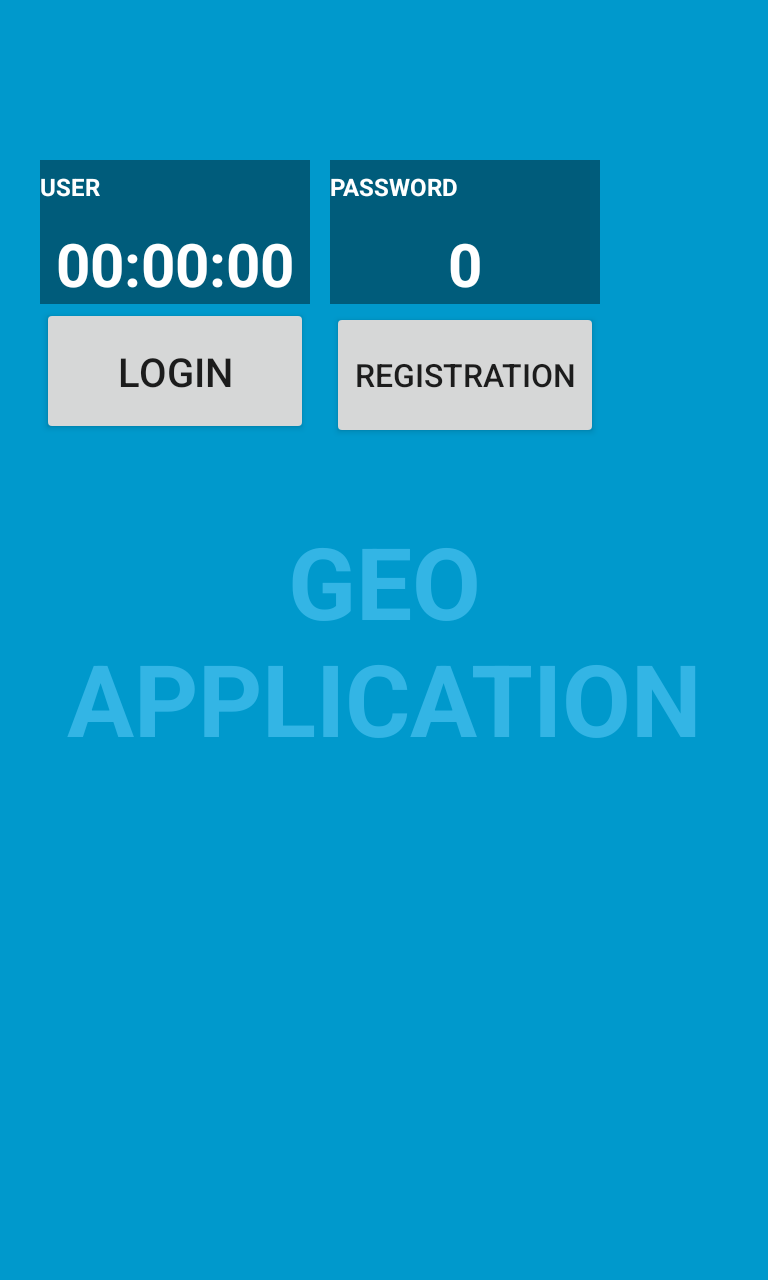
Repository: sebastianR1001/GeoApplication
Layout: GeoApplication/res/layout/login_fullscreen.xml
These files come from the project's save history. The layout is drawn as it stood at one moment and after the next save; the edit follows.
It is drawn on a 768 x 1280 px phone screen (xhdpi) without system bars, with theme AppTheme; the app's code is not run.

Above is the layout before, as saved 2014-10-25 18:44:48.

### GeoApplication/res/layout/login_fullscreen.xml
<FrameLayout xmlns:android="http://schemas.android.com/apk/res/android"
    xmlns:tools="http://schemas.android.com/tools"
    android:layout_width="match_parent"
    android:layout_height="match_parent"
    android:background="#0099cc"
    tools:context="geo.geoapplication.FullscreenActivity" >

   <TextView
        android:layout_width="match_parent"
        android:layout_height="match_parent"
        android:gravity="center"
        android:keepScreenOn="true"
        android:text="@string/geo_application"
        android:textColor="#33b5e5"
        android:textSize="50sp"
        android:textStyle="bold" />


   <TableLayout
        android:layout_width="wrap_content"
        android:layout_height="wrap_content"
        android:layout_marginTop="80dp"
        android:layout_marginLeft="10dp"
        android:layout_marginRight="10dp"  >

        <TableRow
            android:id="@+id/tableRow1"
            android:layout_width="wrap_content"
            android:layout_height="wrap_content"
            >

            <LinearLayout
		        android:id="@+id/userLayout"
		        style="?metaButtonBarStyle"
		        android:layout_width="wrap_content"
		        android:layout_height="wrap_content"
		        android:layout_weight="5"
		        android:layout_marginLeft="10dp"
		        android:background="@color/black_overlay"
		        android:orientation="vertical"
		        tools:ignore="UselessParent" >

			    <TextView
			        android:layout_width="match_parent"
			        android:layout_height="match_parent"
			        android:layout_marginTop="5dp"
			        android:text="@string/userText"
			        android:id="@+id/userText"
			        android:textColor="#ffffff"
			        android:textSize="12sp"
			        android:textStyle="bold" />

			    <TextView
			        android:layout_width="match_parent"
			        android:layout_height="match_parent"
			        android:text="@string/time"
			        android:id="@+id/time"
			        android:layout_marginTop="10dp"
			        android:gravity="center"
			        android:textColor="#ffffff"
			        android:textSize="30sp"
			        android:textStyle="bold" />

	        </LinearLayout>

			<LinearLayout
		        android:id="@+id/passwordLayout"
		        style="?metaButtonBarStyle"
		        android:layout_width="wrap_content"
		        android:layout_height="wrap_content"
		        android:layout_weight="5"
		        android:layout_marginRight="10dp"
		        android:layout_marginLeft="10dp"
		        android:background="@color/black_overlay"
		        android:orientation="vertical"
		        tools:ignore="UselessParent" >

			    <TextView
			        android:layout_width="match_parent"
			        android:layout_height="match_parent"
			        android:layout_marginTop="5dp"
			        android:text="@string/passwordText"
			        android:id="@+id/passwordText"
			        android:textColor="#ffffff"
			        android:textSize="12sp"
			        android:textStyle="bold" />

			    <TextView
			        android:layout_width="match_parent"
			        android:layout_height="match_parent"
			        android:text="@string/speed"
			        android:id="@+id/speed"
			        android:layout_marginTop="10dp"
			        android:gravity="center"
			        android:textColor="#ffffff"
			        android:textSize="30sp"
			        android:textStyle="bold" />
	        </LinearLayout>
        </TableRow>

        <TableRow
            android:id="@+id/tableRow10"
            android:layout_width="wrap_content"
            android:layout_height="wrap_content"
            >

            <Button
		        android:id="@+id/loginButton"
		        android:layout_width="135dp"
		        android:layout_height="67dp"
		        android:layout_marginLeft="10dp"
		        android:textSize="20sp"
		        android:text="@string/loginButton" />

		     <Button
		        android:id="@+id/newAccountButton"
		        android:layout_width="135dp"
		        android:layout_height="67dp"
		        android:layout_marginRight="10dp"
		        android:layout_marginLeft="10dp"
		        android:textSize="16sp"
		        android:text="@string/newAccountButton" />

        </TableRow>
    </TableLayout>
    <!--
         This FrameLayout insets its children based on system windows using
         android:fitsSystemWindows.
    -->

</FrameLayout>

### GeoApplication/res/values/strings.xml
<?xml version="1.0" encoding="utf-8"?>
<resources>

    <string name="app_name">GeoApplication</string>
    <string name="dummy_button">Dummy Button</string>
    <string name="dummy_content">DUMMY\nCONTENT</string>
    <string name="geo_application">GEO\nAPPLICATION</string>

    <string name="location">Location: ---</string>

    <string name="speedText">Speed</string>
    <string name="speed">0</string>
    <string name="speedUnit">km/h</string>

    <string name="time">00:00:00</string>
    <string name="timeText">Time</string>

    <string name="accuracy">Accuracy:</string>

    <string name="distance">0</string>
    <string name="distanceUnit">m</string>
    <string name="distanceText">Distance</string>

    <string name="altitude">0</string>
    <string name="altitudeUnit">AMSL</string>
    <string name="altitudeText">Altitude</string>

    <string name="last_fix">Last fix:</string>

    <string name="userText">USER</string>
    <string name="passwordText">PASSWORD</string>

    <string name="startButton">START</string>
    <string name="stopButton">STOP</string>
    <string name="resetButton">RESET</string>
    <string name="loginButton">LOGIN</string>
    <string name="newAccountButton">REGISTRATION</string>

    <string name="advancedText">ADVANCED</string>

</resources>

Loaded but not shown: GeoApplication/res/values/styles.xml (common file); GeoApplication/res/values-v11/styles.xml (common file); GeoApplication/res/values-v14/styles.xml (common file); GeoApplication/res/values/colors.xml (common file)

After the next save:
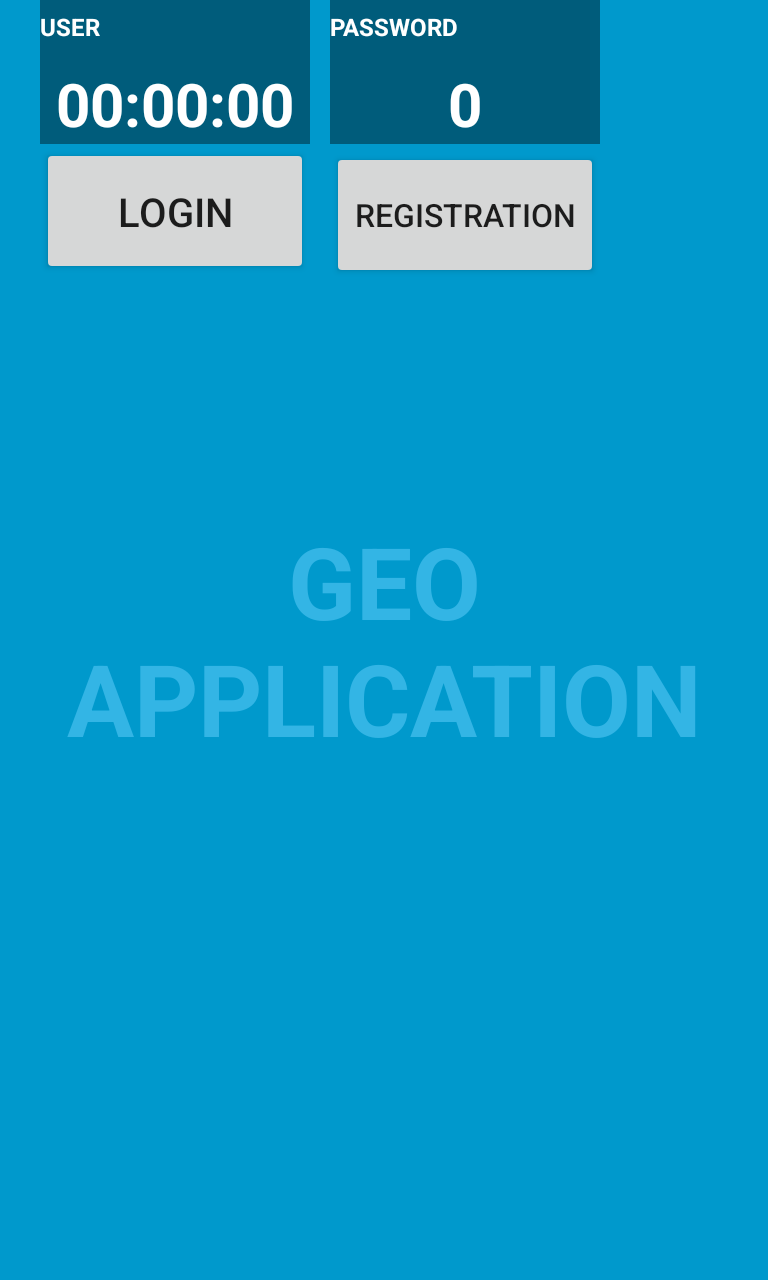
Saved 2 min 5 s later.
--- a/GeoApplication/res/layout/login_fullscreen.xml
+++ b/GeoApplication/res/layout/login_fullscreen.xml
@@ -19,7 +19,7 @@
    <TableLayout
         android:layout_width="wrap_content"
         android:layout_height="wrap_content"
-        android:layout_marginTop="80dp"
+        android:gravity="center"
         android:layout_marginLeft="10dp"
         android:layout_marginRight="10dp"  >
 

After the 3 saves that followed:
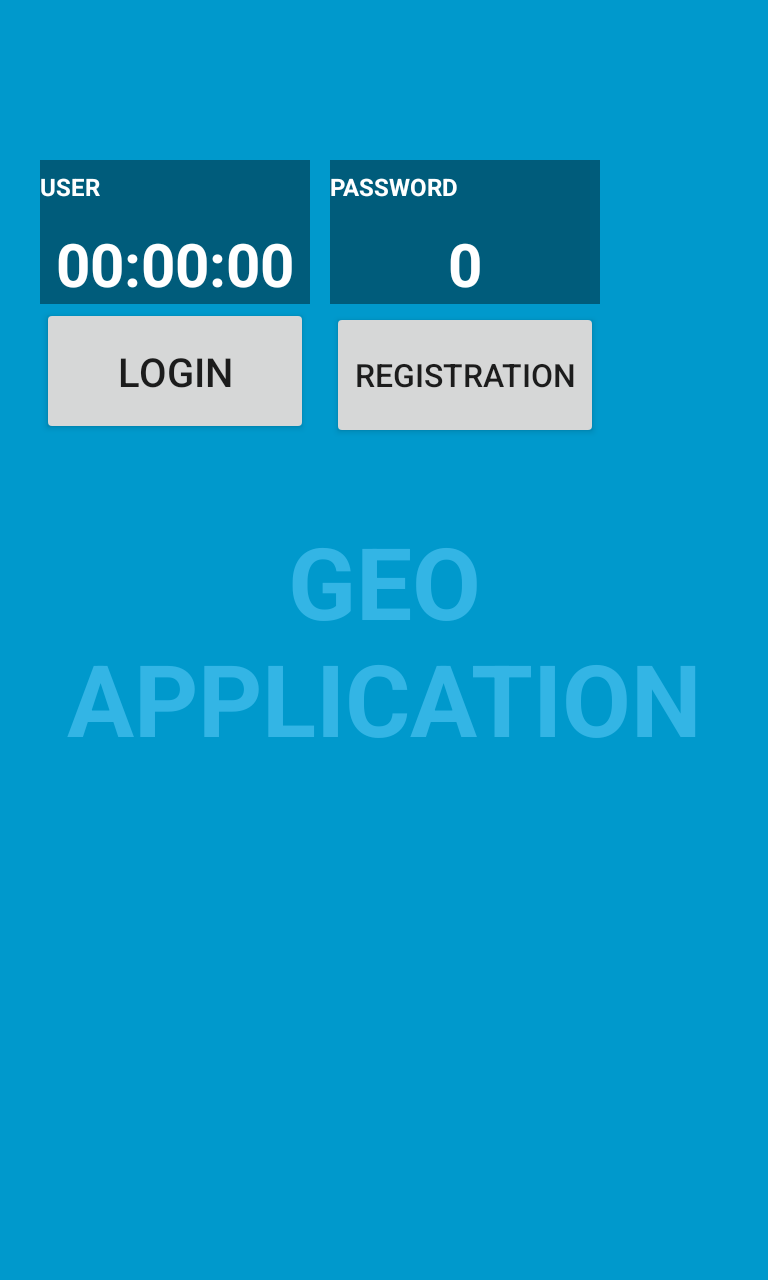
The 3 saves are shown as one change because 1 did not build or start and 1 left the picture as it was.
The last was saved 73 s later.
--- a/GeoApplication/res/layout/login_fullscreen.xml
+++ b/GeoApplication/res/layout/login_fullscreen.xml
@@ -19,7 +19,7 @@
    <TableLayout
         android:layout_width="wrap_content"
         android:layout_height="wrap_content"
-        android:gravity="center"
+        android:layout_marginTop="80dp"
         android:layout_marginLeft="10dp"
         android:layout_marginRight="10dp"  >
 
